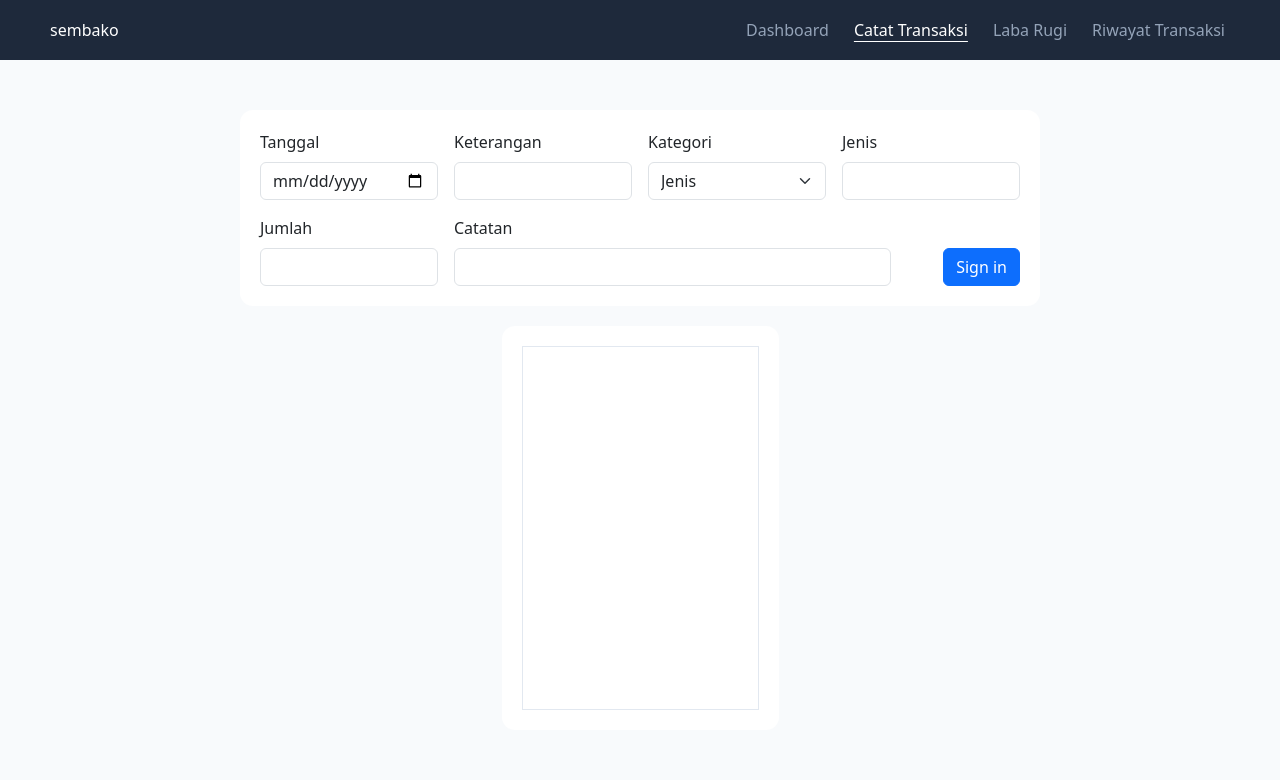
Repository: musdalifahzahra/Projek-Akhir-PWD-2026
Page: http://localhost/3-catat-transaksi.php
The author's editor kept a copy of each file at every save. The page is drawn from the files as they stood at one save, then again after the next save.
The browser window is 1280 px wide. The pictures show the whole page.
The page is run by PHP 8.4 with error messages shown; the project is at /var/www/html/.

Above is the page before, as saved 2026-04-10 17:16:08.

After the next save:
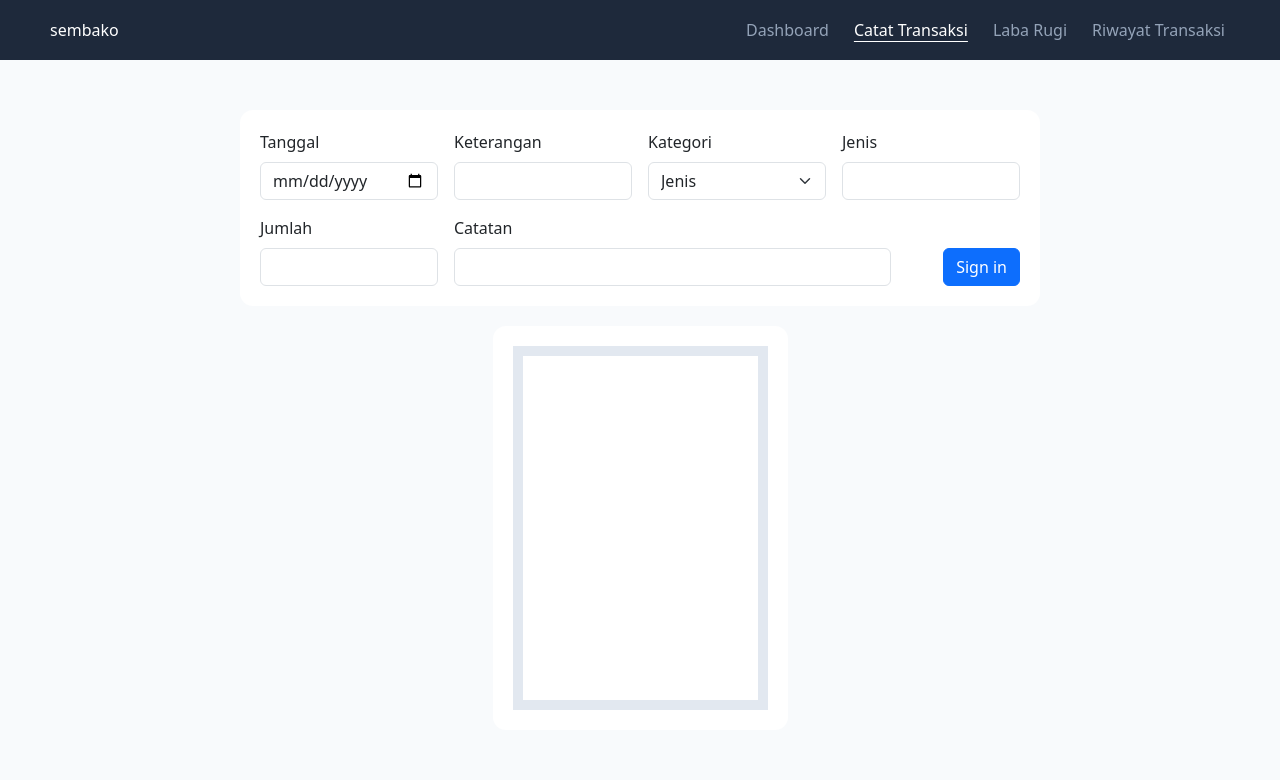
Saved 12 s later.
--- a/3-catat-transaksi-css.css
+++ b/3-catat-transaksi-css.css
@@ -36,5 +36,5 @@ form .catat{
 }
 
 input{
-    border: 1px solid var(--color-border);
+    border: 10px solid var(--color-border);
 }
